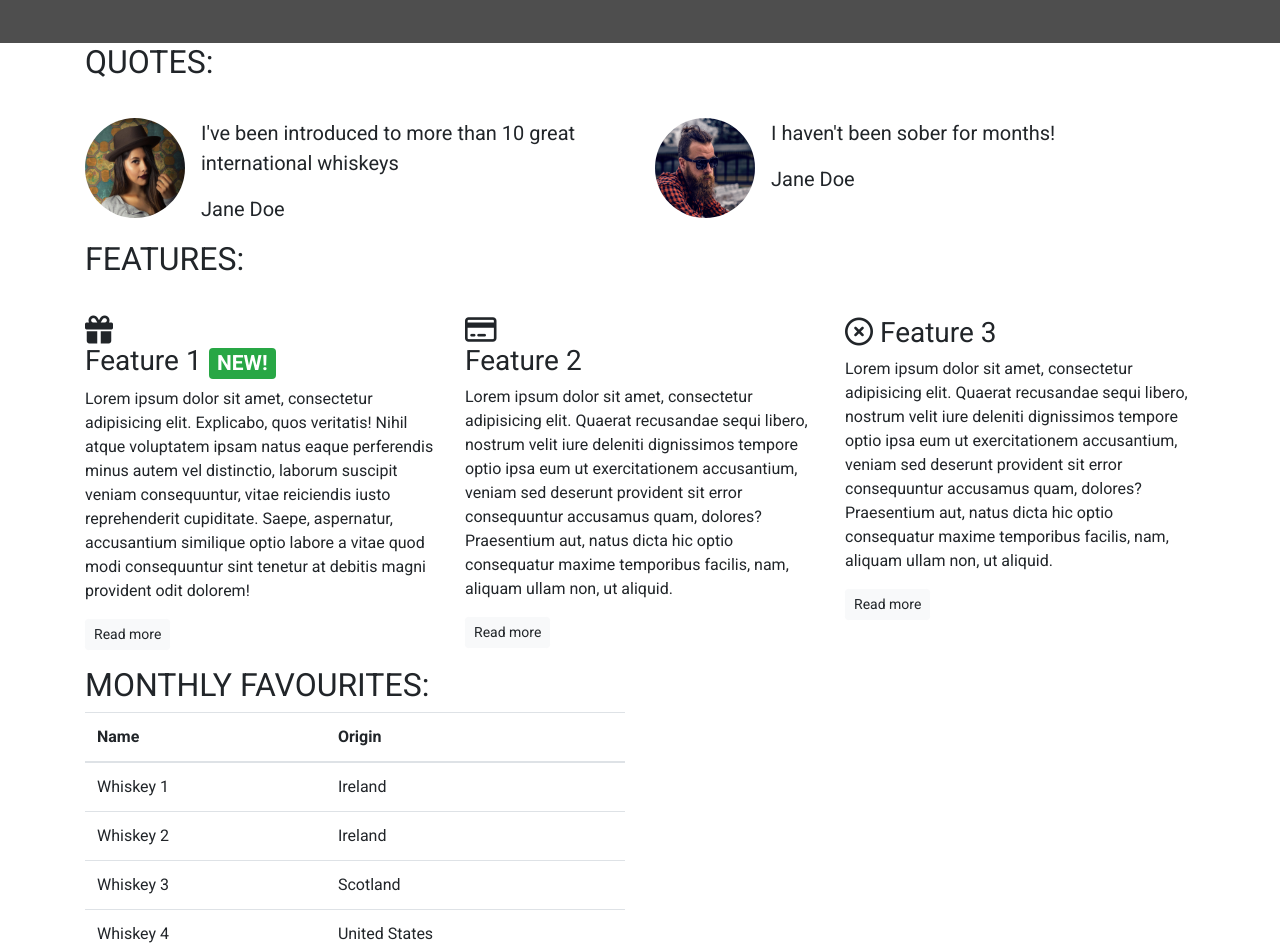
Repository: Sarani1612/whiskey-drop
Page: index.html
The author's editor kept a record of every edit. The page is drawn from the files as they stood at one moment, then again after the next edit.
The browser window is 1280 px wide. The pictures show the part of the page from y = 799 to 1751 px (the page is 1822 px tall).
Pictures or frames that could not be fetched are drawn as grey boxes. Backgrounds fixed to the window are drawn as part of the page. Some web libraries are served in a nearby version.

Above is the page before.
Console error: TypeError: Cannot read properties of undefined (reading 'fn')

After the next edit:
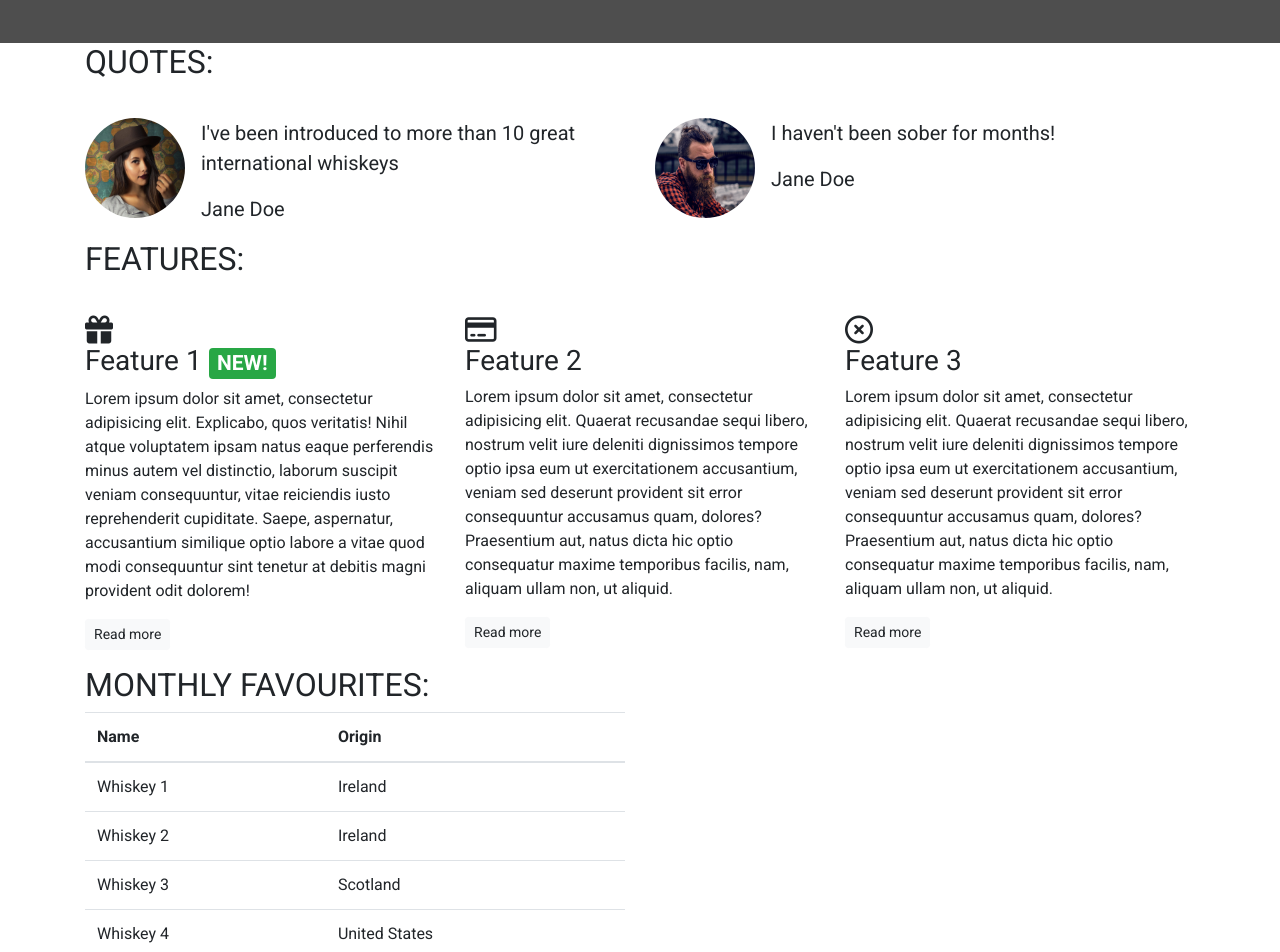
The edit:
--- a/index.html
+++ b/index.html
@@ -150,7 +150,7 @@
                     </div>
                     <div class="col-12 d-md-none d-lg-block col-lg-4">
                         <div class="feature">
-                            <h3><i class="far fa-times-circle d-none d-sm-inline"></i> Feature 3</h3>
+                            <h3><i class="far fa-times-circle d-none d-sm-block"></i> Feature 3</h3>
                             <p>Lorem ipsum dolor sit amet, consectetur adipisicing elit. Quaerat recusandae sequi libero, nostrum velit iure deleniti dignissimos tempore optio ipsa eum ut exercitationem accusantium, veniam sed deserunt provident sit error
                                 consequuntur accusamus quam, dolores? Praesentium aut, natus dicta hic optio consequatur maxime temporibus facilis, nam, aliquam ullam non, ut aliquid.</p>
                             <p><a class="btn btn-sm btn-light" href="">Read more</a></p>
